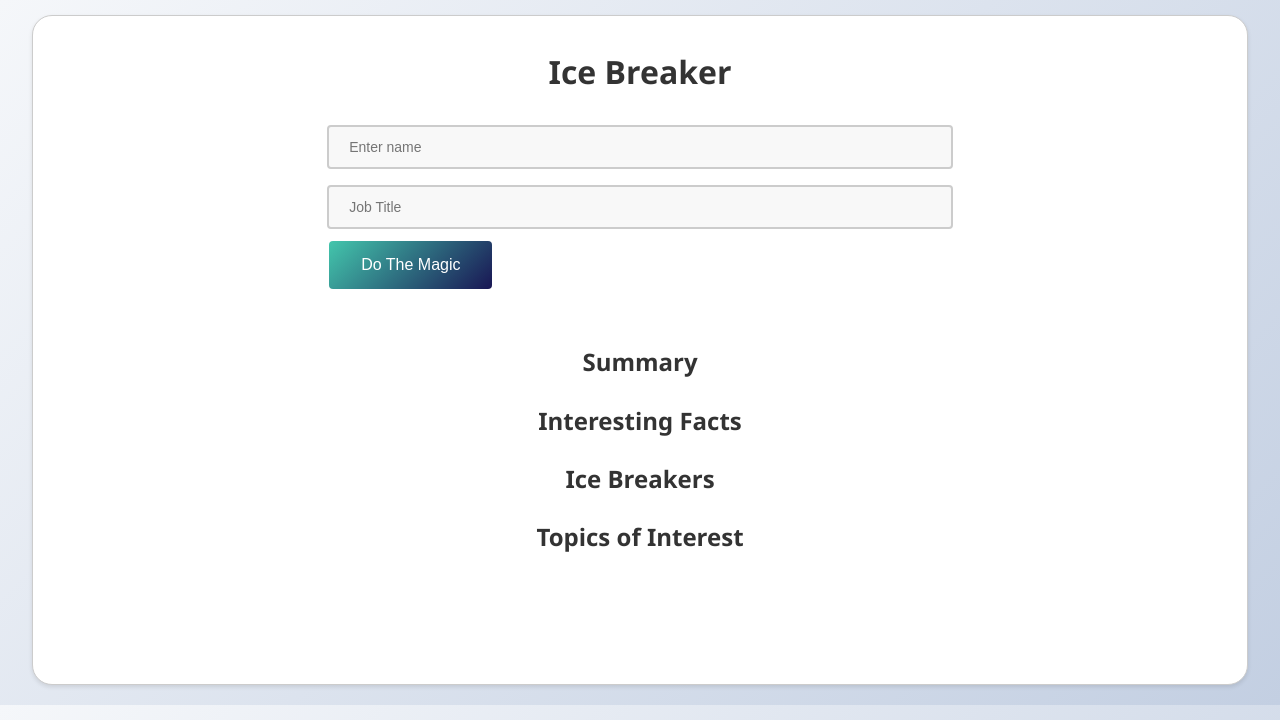
Repository: kunal02kb/Minor-Project-LangCahin
Page: http://localhost/
The author's editor kept a copy of each file at every save. The page is drawn from the files as they stood at one save, then again after the next save.
The browser window is 1280 px wide. The pictures show the whole page.
Some web libraries are served in a nearby version. The page is served by the project's application, run on Flask 3 (app.py). Other server files are loaded and not shown.

Above is the page before, as saved 2023-09-27 09:00:56.

### templates/index.html
<!DOCTYPE html>
<html lang="en">
<head>
    <meta charset="UTF-8">
    <meta name="viewport" content="width=device-width, initial-scale=1.0">
    <link rel="stylesheet" href="{{ url_for('static', filename='css/style.css') }}">
    <script src="https://code.jquery.com/jquery-3.6.0.min.js"></script>
    <title>Ice Breaker</title>
    <link rel="stylesheet" href="https://cdnjs.cloudflare.com/ajax/libs/font-awesome/6.1.0/css/all.min.css" />
    <div class="spinner-container" id="spinner-container" style="display: none;">
        <i id="loading-spinner" class="fas fa-spinner fa-spin"></i>
    </div>
</head>
<body>
    <div class="container">
        <h1>Ice Breaker</h1>
        <form id="name-form">
            <input type="text" id="name" name="name" placeholder="Enter name">
            <input type="text" id="jd" name="name" placeholder="Job Title">
            <button id="magic-button" type="submit">Do The Magic</button>
        </form>
        <div id="result">
            <img id="profile-pic" src="" alt="Profile Picture" style="display: none; max-width: 100%; height: auto; border-radius: 50%; margin-bottom: 20px;">
            <h2>Summary</h2>
            <p id="summary-and-facts"></p>
            <h2>Interesting Facts</h2>
            <div id="interests"></div>
            <h2>Ice Breakers</h2>
            <div id="ice-breakers"></div>
            <h2>Topics of Interest</h2>
            <div id="topics-of-interest"></div>
        </div>
    </div>
    <script>
        $(document).ready(function () {
            $('#name-form').on('submit', function (e) {
                e.preventDefault();
                $('#spinner-container').show();
                $.ajax({
                    url: '/process',
                    data: $('#name-form').serialize(),
                    type: 'POST',
                    success: function (response) {
                        $('#profile-pic').attr('src', response.picture_url); // Update the profile picture src attribute
                        $('#profile-pic').show(); // Show the profile picture
                        $('#summary-and-facts').text(response.summary);
                        $('#interests').html('<ul>' + response.facts.map(fact => '<li>' + fact + '</li>').join('') + '</ul>');
                        $('#ice-breakers').html('<ul>' + response.ice_breakers.map(ice_breaker => '<li>' + ice_breaker + '</li>').join('') + '</ul>');
                        $('#topics-of-interest').html('<ul>' + response.interests.map(topic => '<li>' + topic + '</li>').join('') + '</ul>');
                    },
                    error: function (error) {
                        console.log(error);
                    },
                    complete: function () {
                        $('#spinner-container').hide();
                    }
                });
            });
        });
    </script>
</body>
</html>

### app.py
from flask import Flask, render_template, request, jsonify
from ice_breaker import ice_break

app = Flask(__name__)


@app.route("/")
def index():
    return render_template("index.html")


@app.route("/process", methods=["POST"])
def process():
    name = request.form["name"]
    person_info, profile_pic_url = ice_break(name=name)

    # print(person_info.summary)
    # print( person_info.topic_of_interest)
    # print( person_info.facts)
    # print( person_info.ice_breaker)
    # print(profile_pic_url)

    return jsonify(
        {
            "summary": person_info.summary,
            "interests": person_info.topic_of_interest,
            "facts": person_info.facts,
            "ice_breakers": person_info.ice_breaker,
            "picture_url": profile_pic_url,
        }
    )


if __name__ == "__main__":
    app.run(host="0.0.0.0", debug=True)

### static/css/style.css

* {
    box-sizing: border-box;
    margin: 0;
    padding: 0;
}

body {
    font-family: 'Segoe UI', Tahoma, Geneva, Verdana, sans-serif;
    background-color: #f5f5f5;
    color: #333;
    line-height: 1.6;
    height: auto;
    min-height: 690px;
}

.container {
    width: 95%;
    min-height: 670px;
    margin: 15px auto;
    padding: 30px;
    background-color: #ffffff;
    box-shadow: 0 2px 4px rgba(0, 0, 0, 0.1);
    border: 1px solid #ccc;
    border-radius: 20px;
    display: flex;
    flex-direction: column;
    align-items: center;
}

h1 {
    font-size: 32px;
    margin-bottom: 20px;
}

input[type="text"] {
    width: 100%;
    padding: 12px 20px;
    margin: 8px 0;
    box-sizing: border-box;
    border: 2px solid #ccc;
    border-radius: 4px;
    background-color: #f8f8f8;
    font-size: 14px;
}

button {
    background-color: #4caf50;
    border: none;
    color: white;
    padding: 15px 32px;
    text-align: center;
    text-decoration: none;
    display: inline-block;
    font-size: 16px;
    margin: 4px 2px;
    cursor: pointer;
    border-radius: 4px;
    transition: 0.3s;
}

button:hover {
    background-color: #45a049;
}

#result {
    margin-top: 30px;
    width: 100%;
    text-align: center;
}


#loading {
  display: none;
  position: fixed;
  top: 0;
  right: 0;
  bottom: 0;
  left: 0;
  z-index: 999;
  background-color: rgba(255, 255, 255, 0.8);
}

.loader {
  position: absolute;
  top: 50%;
  left: 50%;
  transform: translate(-50%, -50%);
  border: 8px solid #f3f3f3;
  border-top: 8px solid #3498db;
  border-radius: 50%;
  width: 50px;
  height: 50px;
  animation: spin 2s linear infinite;
}

p {
    font-size: 18px;
    margin-bottom: 10px;
}

h2 {
    font-size: 24px;
    margin-bottom: 10px;
    margin-top: 20px;
}


/* style.css */

/* Add or update this in your style.css file */

body {
    font-family: 'Segoe UI', Tahoma, Geneva, Verdana, sans-serif;
    background-color: #f5f5f5;
    color: #333;
    line-height: 1.6;
    background-image: linear-gradient(135deg, #f5f7fa 0%, #c3cfe2 100%);
}

.spinner-container {
    position: fixed;
    display: flex;
    align-items: center;
    justify-content: center;
    top: 0;
    right: 0;
    bottom: 0;
    left: 0;
    z-index: 999;
}

#loading-spinner {
    font-size: 48px;
}

button {
    background-color: #4caf50;
    background-image: linear-gradient(135deg, #43c6ac 0%, #191654 100%);
    border: none;
    color: white;
    padding: 15px 32px;
    text-align: center;
    text-decoration: none;
    display: inline-block;
    font-size: 16px;
    margin: 4px 2px;
    cursor: pointer;
    border-radius: 4px;
    transition: 0.3s;
}

After the next save:
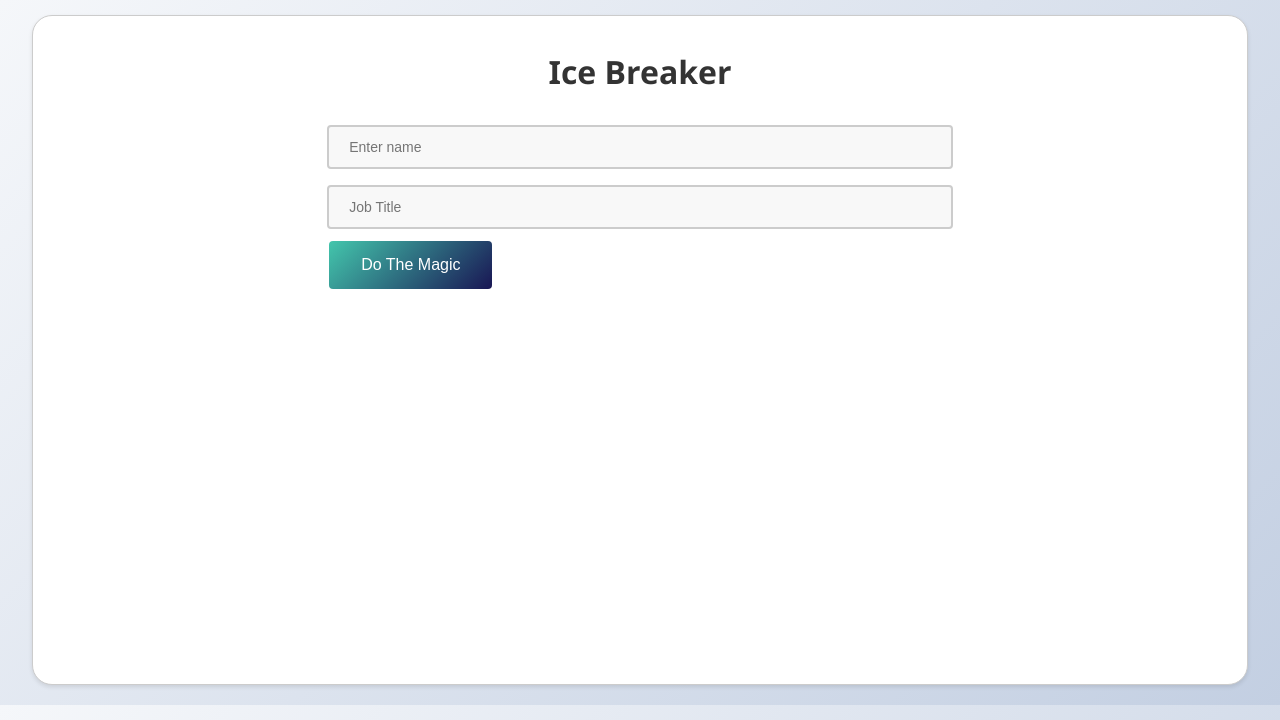
Saved 2 min 1 s later.
--- a/templates/index.html
+++ b/templates/index.html
@@ -19,7 +19,7 @@
             <input type="text" id="jd" name="name" placeholder="Job Title">
             <button id="magic-button" type="submit">Do The Magic</button>
         </form>
-        <div id="result">
+        <div id="result" style="display: none;">
             <img id="profile-pic" src="" alt="Profile Picture" style="display: none; max-width: 100%; height: auto; border-radius: 50%; margin-bottom: 20px;">
             <h2>Summary</h2>
             <p id="summary-and-facts"></p>
